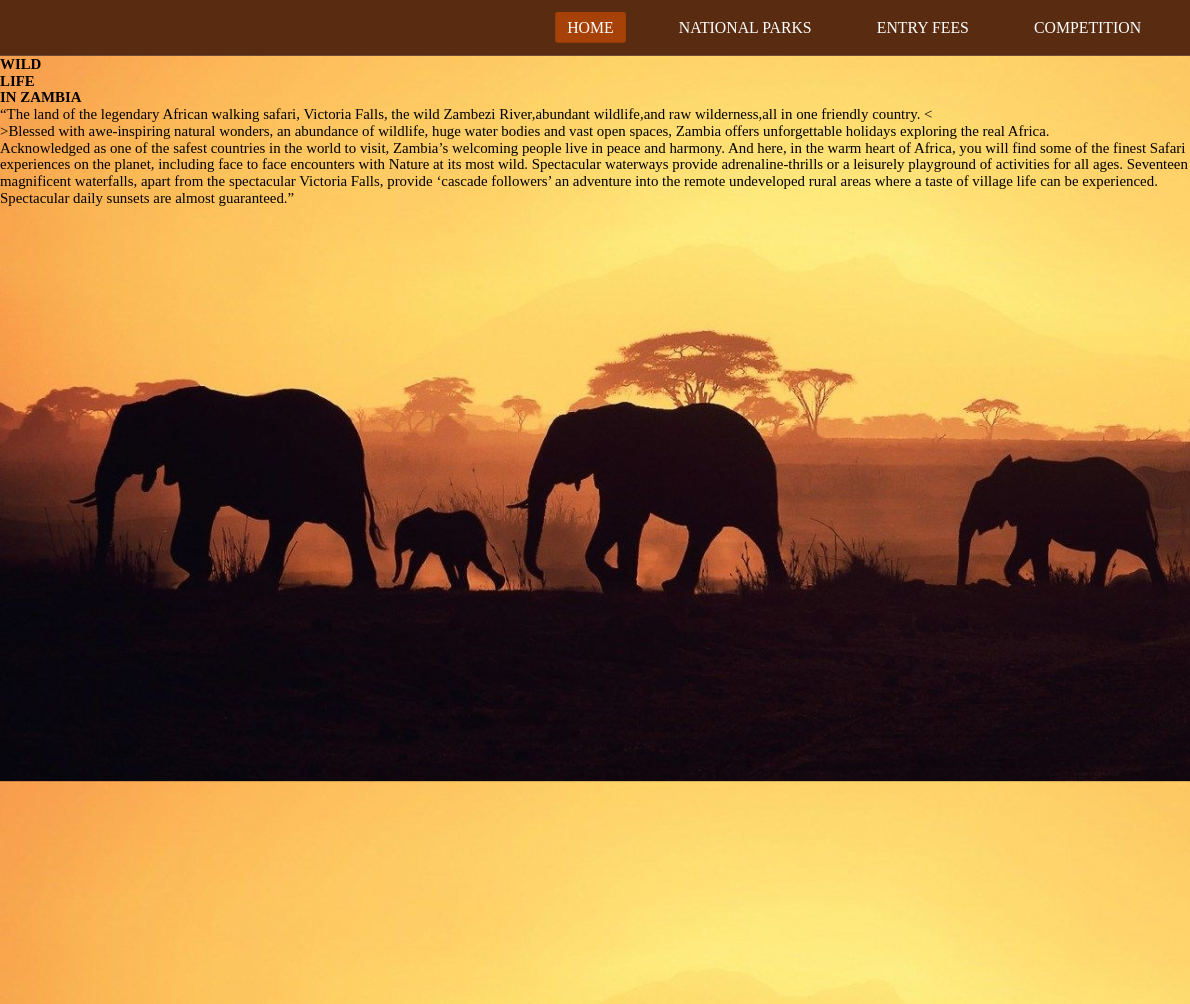
Repository: Lungdjos/web_assignment_3rd_yr
Page: home/index.html
The author's editor kept a copy of each file at every save. The page is drawn from the files as they stood at one save, then again after a run of saves.
The browser window is 1280 px wide. The pictures show the whole page, at 93% of full size.
Some web libraries are served in a nearby version.

Above is the page before, as saved 2021-06-18 15:10:20.

After the next 2 saves:
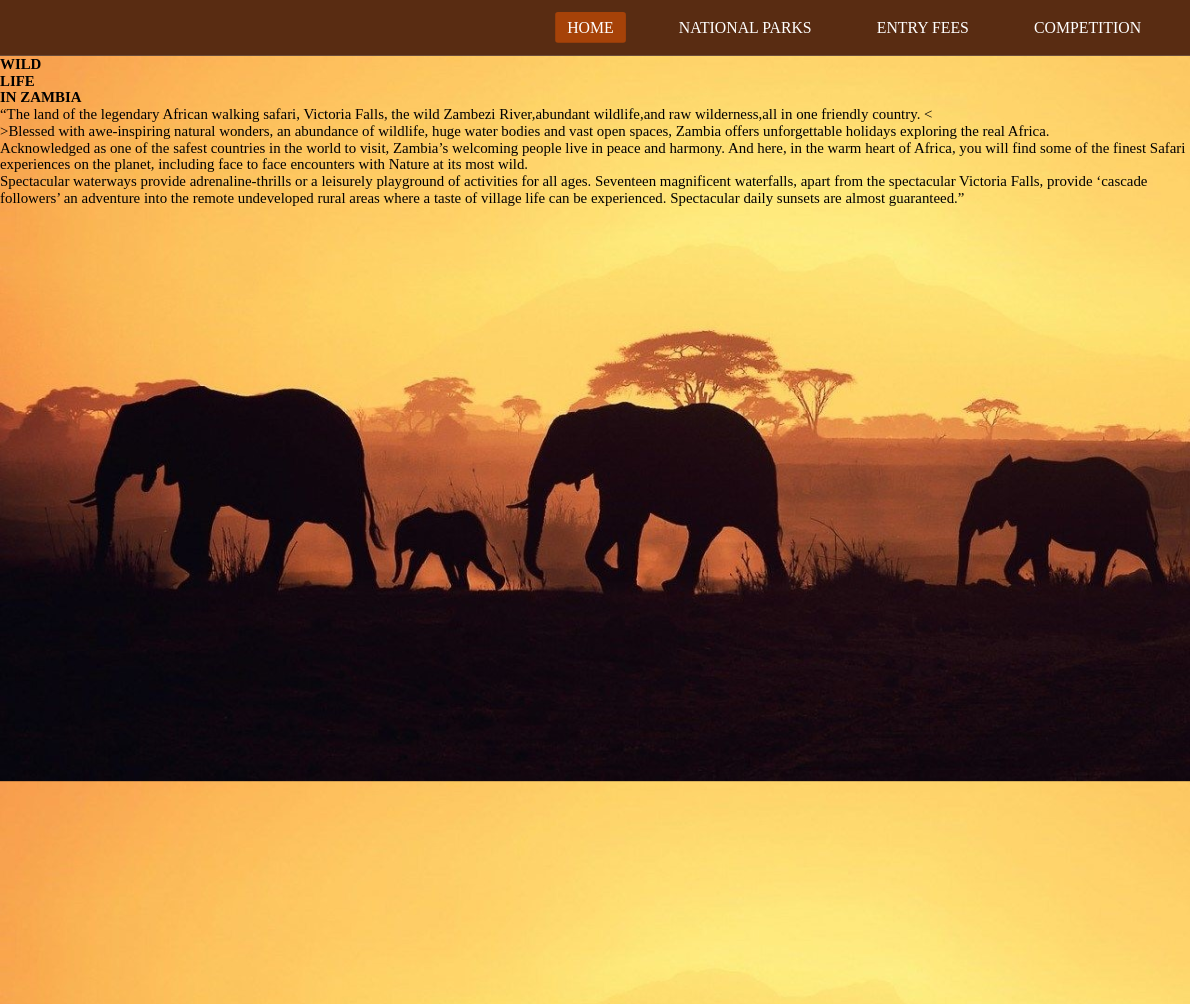
The 2 saves are shown as one change because they came seconds apart.
The last was saved 9 s later.
--- a/home/index.html
+++ b/home/index.html
@@ -56,7 +56,7 @@
                 <p>
                     <q>The land of the legendary African walking safari, Victoria Falls, the wild Zambezi River,abundant wildlife,and raw wilderness,all in one friendly country. <<br>>Blessed with awe-inspiring natural wonders, an abundance of wildlife,
                     huge water bodies and vast open spaces, Zambia offers unforgettable holidays exploring the real Africa. <br>Acknowledged as one of the safest countries in the world to visit, Zambia’s welcoming people live in peace and harmony. And here,
-                    in the warm heart of Africa, you will find some of the finest Safari experiences on the planet, including face to face encounters with Nature at its most wild. Spectacular waterways provide adrenaline-thrills or a leisurely playground
+                    in the warm heart of Africa, you will find some of the finest Safari experiences on the planet, including face to face encounters with Nature at its most wild. <br>Spectacular waterways provide adrenaline-thrills or a leisurely playground
                     of activities for all ages. Seventeen magnificent waterfalls, apart from the spectacular Victoria Falls, provide ‘cascade followers’ an adventure into the remote undeveloped rural areas where a taste of village life can be experienced.
                     Spectacular daily sunsets are almost guaranteed.</q></p>
             </div>
